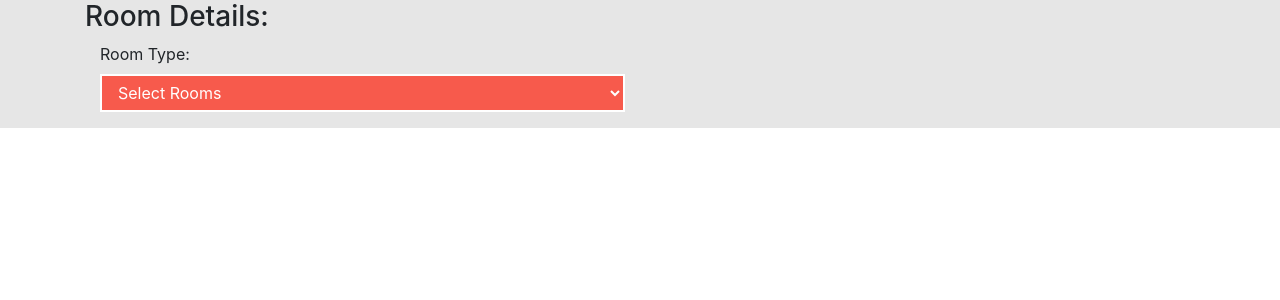
Repository: kapsky5/HotelManagement
Page: booking.html
These files come from the project's save history. The page is drawn as it stood at one moment and after the next save; the edit follows.
The browser window is 1280 px wide. The pictures show the whole page.

Above is the page before, as saved 2019-11-07 03:28:43.

After the next save:
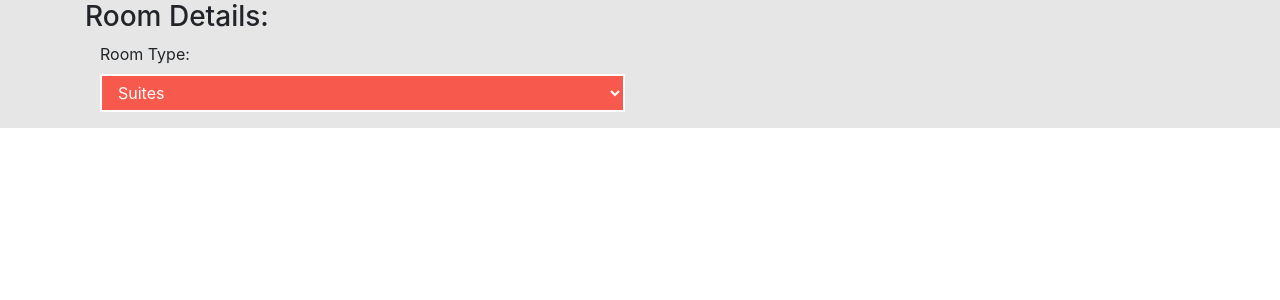
Saved 16 s later.
--- a/booking.html
+++ b/booking.html
@@ -18,7 +18,6 @@
                         <div class="form-group">
                                 <label>Room Type:</label>
                             <select class="form-control" placeholder="Select-Room">
-                                <option>Select Rooms</option>
                                 <option>Suites</option>
                                 <option>Deluxe Rooms</option>
                                 <option>King Rooms</option>
